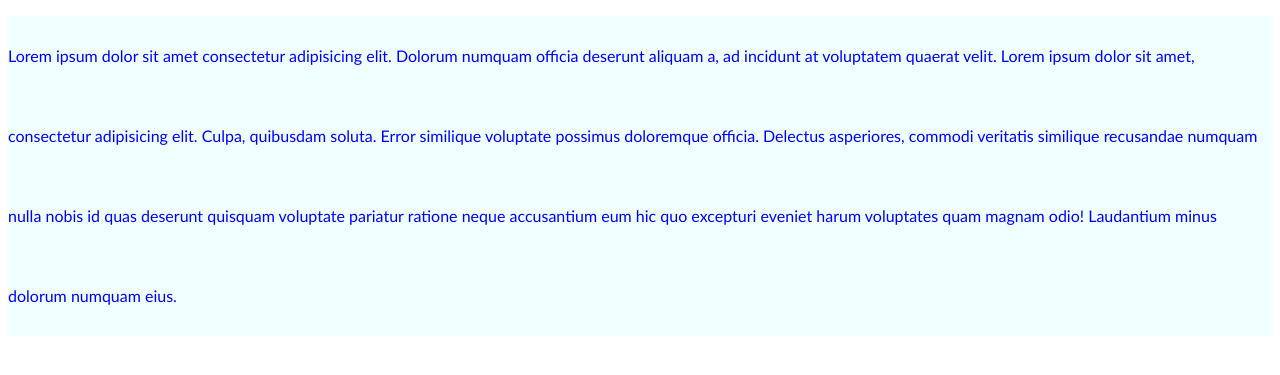
Repository: shazib2023/wtwdt-8
Page: index.html
An editor plug-in stored every save of this project. The page is shown before and after the next save, followed by the edit.
The browser window is 1280 px wide. The pictures show the whole page.

Above is the page before, as saved 2023-10-30 14:54:19.

### index.html
<!DOCTYPE html>
<html lang="en">
<head>
    <meta charset="UTF-8">
    <meta name="viewport" content="width=device-width, initial-scale=1.0">
    <title>Document</title>
    <style>
        p{
            color: blue;
        }
    </style>
    <link rel="stylesheet" href="css/style.css">
</head>
<body>
    <p style="background-color: azure;">Lorem ipsum dolor sit amet consectetur adipisicing elit. Dolorum numquam officia deserunt aliquam a, ad incidunt at voluptatem quaerat velit. Lorem ipsum dolor sit amet, consectetur adipisicing elit. Culpa, quibusdam soluta. Error similique voluptate possimus doloremque officia. Delectus asperiores, commodi veritatis similique recusandae numquam nulla nobis id quas deserunt quisquam voluptate pariatur ratione neque accusantium eum hic quo excepturi eveniet harum voluptates quam magnam odio! Laudantium minus dolorum numquam eius.
    </p>

</body>
</html>

### css/style.css
p{
    font-family: 'Trebuchet MS', 'Lucida Sans Unicode', 'Lucida Grande', 'Lucida Sans', Arial, sans-serif;
    line-height: 500%;
}

After the next save:
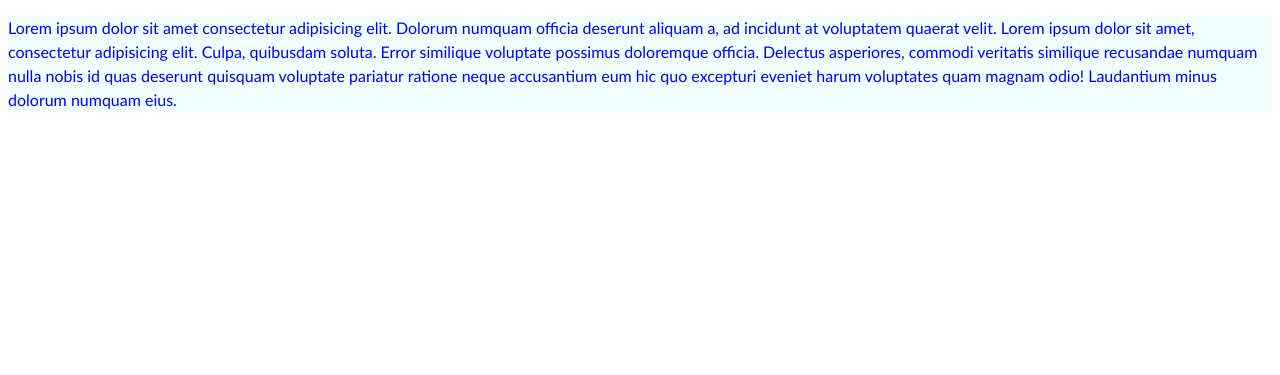
Saved 35 s later.
--- a/css/style.css
+++ b/css/style.css
@@ -1,4 +1,4 @@
 p{
     font-family: 'Trebuchet MS', 'Lucida Sans Unicode', 'Lucida Grande', 'Lucida Sans', Arial, sans-serif;
-    line-height: 500%;
+    line-height: 150%;
 }
